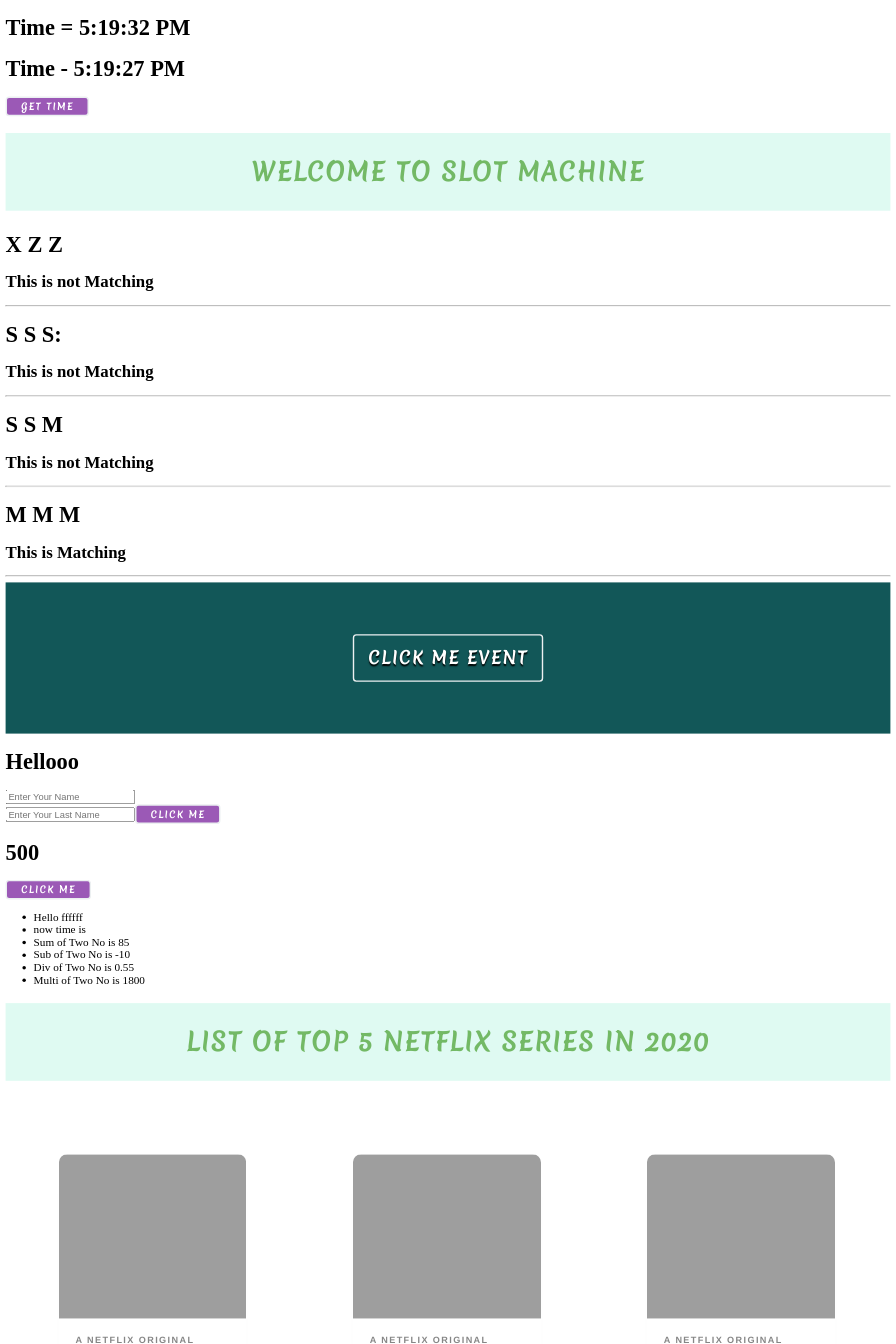
Repository: hardik2626/reactlearn2020
Page: /
The author's editor kept a copy of each file at every save. The page is drawn from the files as they stood at one save, then again after the next save.
The browser window is 1280 px wide. The pictures show the part of the page from y = 0 to 1920 px (the page is 2673 px tall), at 70% of full size.
Pictures or frames that could not be fetched are drawn as grey boxes. The project was rebuilt for these pictures with package versions that can differ from the ones it lists, and the page was loaded fresh each time.

Above is the page before, as saved 2020-10-13 10:35:55.

After the next save:
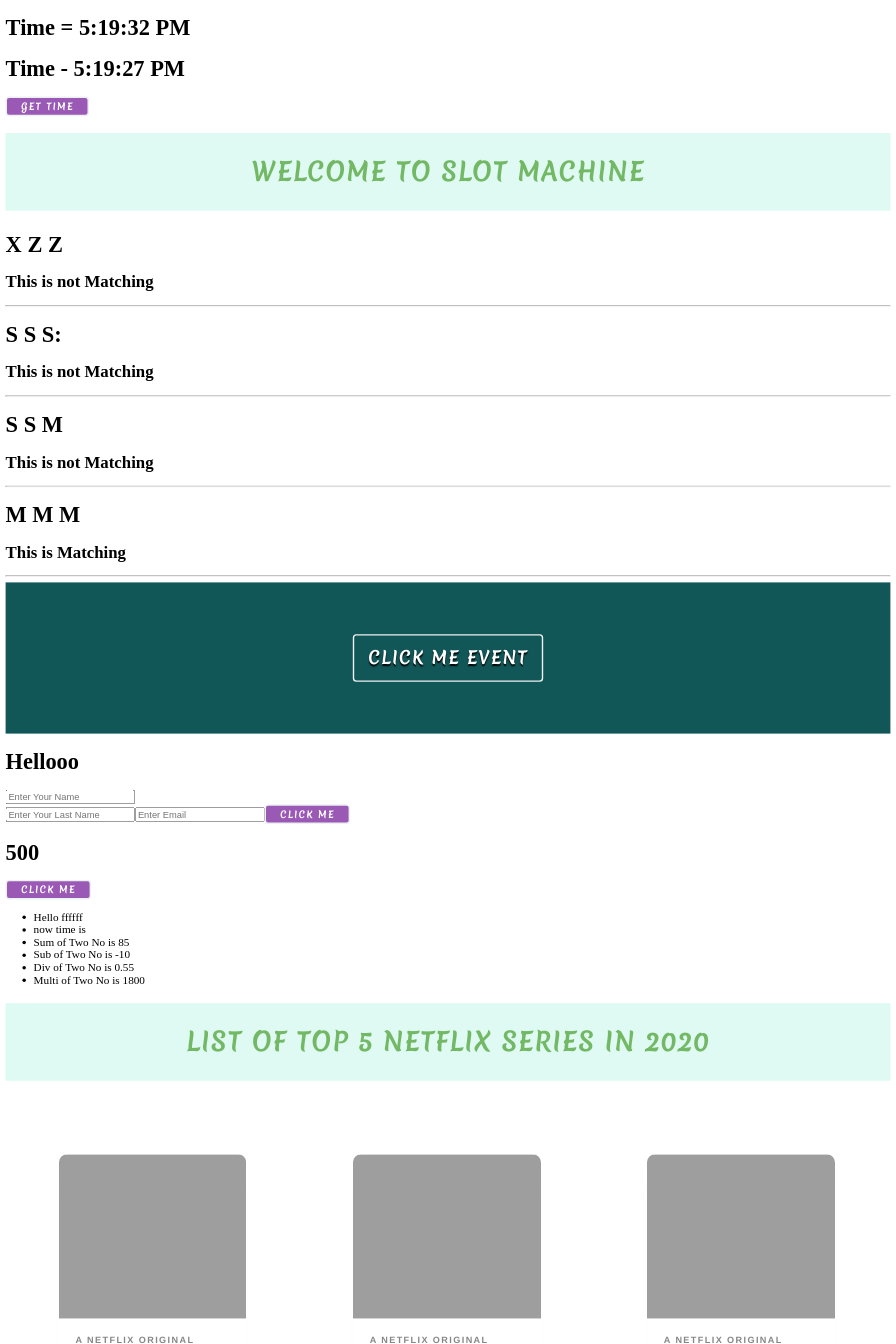
Saved 30 h 58 min later.
--- a/src/Myform.js
+++ b/src/Myform.js
@@ -6,6 +6,7 @@ const Myform = () => {
         const [lastname, setLastName] = useState('')
         const [fullName, setFullName] = useState('')
         const [lastname2, setLastName2] = useState('')
+        const [myemail, setMyEmail] = useState('')
 
         const subForm = (event) =>{
                 setName(event.target.value)
@@ -15,19 +16,25 @@ const Myform = () => {
         const subFormlname = (event) => {
                 setLastName(event.target.value)
         }
+
+        const subMyEmail = (event) => {
+                setMyEmail(event.target.value)
+        }
         const onSubmit = (event) => {
                 event.preventDefault();
                 setFullName(name)
                 setLastName2(lastname)
+                setMyEmail(myemail)
         }
         return(
                 <>
                 <div className="main_div">
                 <form onSubmit={onSubmit}>
                         <h1>Hellooo {fullName} {lastname2}</h1>
-                        <input type="email" placeholder="Enter Your Name" onChange={subForm} value={name} />
+                        <input type="text" placeholder="Enter Your Name" onChange={subForm} value={name} />
                         <br/>
-                        <input type="password" placeholder="Enter Your Last Name" onChange={subFormlname} value={lastname} />
+                        <input type="text" placeholder="Enter Your Last Name" onChange={subFormlname} value={lastname} />
+                        <input type="email" placeholder="Enter Email" onChange={subMyEmail}/>
                         <button type="submit">Click Me</button>
                         </form>
                 </div>
